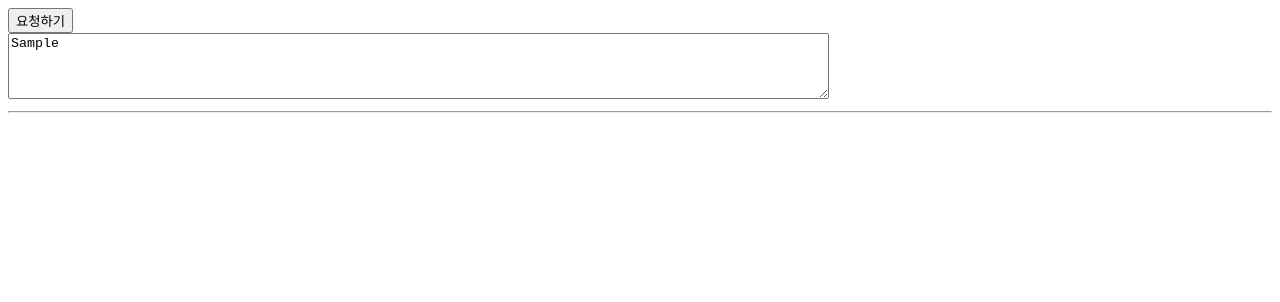
Repository: popconnect/jQuery
Page: http://localhost/AjaxEx01/ajax1.jsp
The author's editor kept a copy of each file at every save. The page is drawn from the files as they stood at one save, then again after the next save.
The browser window is 1280 px wide. The pictures show the whole page.
Empty fields were first filled with sample values (such as "Sample", 5 or name@example.com).
After loading, the first visible `#btn` was clicked once.
The page is served by Tomcat 9. Other server files are loaded and not shown.

Above is the page before, as saved 2023-05-12 05:34:46.

### AjaxEx01/src/main/webapp/ajax1.jsp
<%@ page language="java" contentType="text/html; charset=UTF-8"
	pageEncoding="UTF-8"%>

<!DOCTYPE html>
<html>
<head>
<meta charset="UTF-8">
<title>Insert title here</title>
<script type="text/javascript">
	window.onload = function() {
		document.getElementById('btn').onclick = function() {
			const request = new XMLHttpRequest();

			request.onreadystatechange = function() {
				//console.log(request.readyState);
				if (request.readyState == 4) {
					if (request.status == 200) {
						//console.log(request.responseText);
						//document.getElementById('ta').value = request.responseText;
						const datas = request.responseText.trim();
						const rowdatas = datas.split( '\n' );

						console.log(rowdatas.length);

						let result = '<table border="1">'
						for(let i = 0; i<rowdatas.length; i++ ) {
							let coldatas = rowdatas[i].split(',');
							result += '<tr>';
							result += '<td>' + coldatas[0] + '</td>';
							result += '<td>' + coldatas[1] + '</td>';
							result += '<td>' + coldatas[2] + '</td>';
							result += '<td>' + coldatas[3] + '</td>';
							result += '</tr>';
						}
						result += '</table>'

						console.log(result);
						document.getElementById('result').innerHtml = result;
					} else {
						alert('페이지 오류');
					}
				}
			};
			request.open('get', 'csv1.jsp', true);
			request.send();
		};
	};
</script>
</head>
<body>
	<button id='btn'>요청하기</button>
	<br />
	<textarea id='ta' rows="4" cols="100"></textarea>
	<br /><hr /><br />
	<div id='result'>
	</div>
</body>
</html>

### AjaxEx01/src/main/webapp/csv1.jsp
<%@ page language="java" contentType="text/plane; charset=UTF-8"
    pageEncoding="UTF-8"%>
HTML5 + CSS3 입문,삼국미디어,유비,3000원
JavaScript + JQuery 입문,삼국미디어,관우,32000원
Node.js 프로그래밍,삼국미디어,장비,22000원
HTML5 프로그래밍,삼국미디어,조자룡,30000원

After the next save:
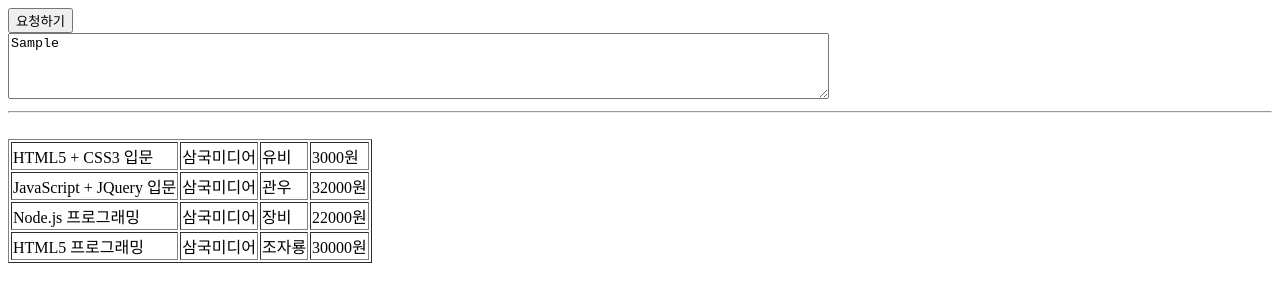
Saved 72 s later.
--- a/AjaxEx01/src/main/webapp/ajax1.jsp
+++ b/AjaxEx01/src/main/webapp/ajax1.jsp
@@ -35,7 +35,7 @@
 						result += '</table>'
 
 						console.log(result);
-						document.getElementById('result').innerHtml = result;
+						document.getElementById('result').innerHTML = result;
 					} else {
 						alert('페이지 오류');
 					}
